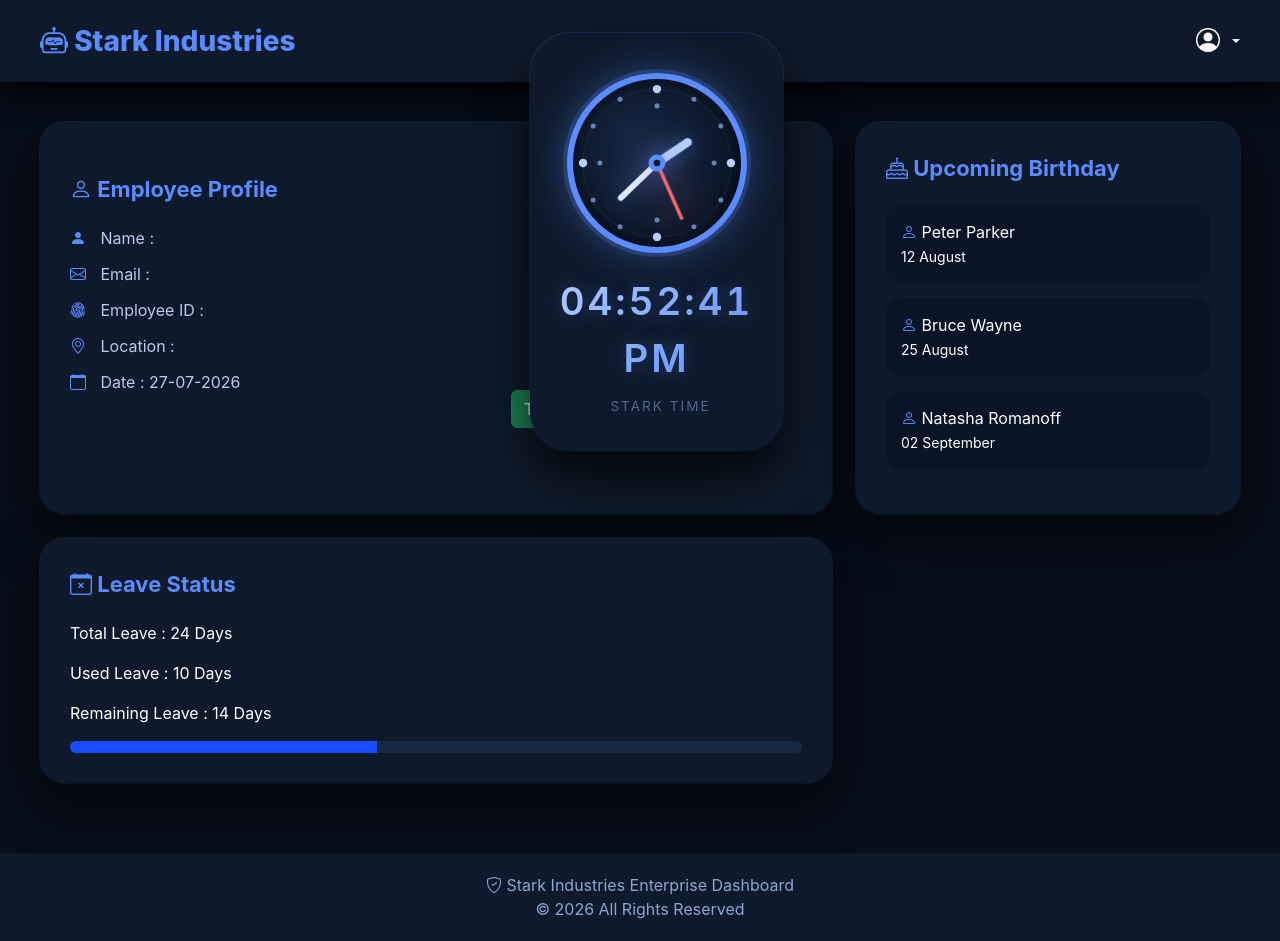
Repository: abhinav050799/office-management-
Page: resources/views/dashboard.blade.php
The author's editor kept a copy of each file at every save. The page is drawn from the files as they stood at one save, then again after the next save.
The browser window is 1280 px wide. The pictures show the whole page.
The page is served by the project's Laravel application, run on PHP 8.4 with Laravel 12. Other server files are loaded and not shown. The template is opened directly, without the code that normally fills it, so the values that code supplies are empty.

Above is the page before, as saved 2026-07-27 17:07:21.

### routes/web.php
<?php

use Illuminate\Support\Facades\Route;
use App\Http\Controllers\UserController;
Route::get('/', function () {
    return view('welcome');
});

Route::controller(UserController::class)->group(function(){
Route::get('/login', 'loginForm')->name('login');
Route::get('/register', 'registerForm')->name('register');
Route::post('/registeruser', 'register')->name('registeruser');
Route::post('/loginUser', 'login')->name('loginUser');
Route::get('/dashboard','dashboard')->name('dashboard');
Route::post('/logout', 'logout')->name('logout');
Route::get('/profile', 'profile')->name('profile');
Route::post('/profileUpdate', 'profileUpdate')->name('profileUpdate');
});

### resources/views/dashboard.blade.php
@include('layout.header')


    <!-- DASHBOARD -->


    <div class="dashboard">


        <div class="row g-4">


            <!-- LEFT USER BOX -->


            <div class="col-lg-8">


                <div class="card-box">


                    <div class="row align-items-center">


                        <!-- USER DETAILS -->

                        <div class="col-md-7">


                            <div class="title">

                                <i class="bi bi-person"></i>
                                Employee Profile

                            </div>


                            <div class="user-detail">


                                <p>
                                    <i class="bi bi-person-fill"></i>
                                    Name : {{ $data->name }}
                                </p>


                                <p>
                                    <i class="bi bi-envelope"></i>
                                    Email : {{ $data->email }}
                                </p>


                                <p>
                                    <i class="bi bi-fingerprint"></i>
                                    Employee ID : {{ $data->account_id }}
                                </p>


                                <p>
                                    <i class="bi bi-geo-alt"></i>
                                    Location : {{ $data->address }}
                                </p>


                                <p>
                                    <i class="bi bi-calendar"></i>
                                    Date : {{ now()->format('d-m-Y') }}
                                </p>


                            </div>


                        </div>



                        <!-- WATCH -->


                        <div class="col-md-5">


                            <div class="watch">

                                <!-- <i class="bi bi-clock"></i> -->

                                 <div class="clock-card">

    <!-- MODERN WATCH FACE (SVG) -->
    <div class="watch" id="watchFace">
      <svg viewBox="0 0 100 100" class="clock-svg" id="clockSvg">
        <!-- HOUR MARKERS (12, 3, 6, 9) -->
        <circle cx="50" cy="50" r="44" fill="none" stroke="rgba(91,140,255,0.08)" stroke-width="1"/>

        <!-- 12 major markers (only 4 are big, rest small) -->
        <g id="markers">
          <!-- will be generated by JS but we can hardcode a few for demo -->
          <circle cx="50" cy="6" r="2.5" class="marker-major"/>
          <circle cx="50" cy="94" r="2.5" class="marker-major"/>
          <circle cx="6" cy="50" r="2.5" class="marker-major"/>
          <circle cx="94" cy="50" r="2.5" class="marker-major"/>

          <!-- minor markers (approx) -->
          <circle cx="50" cy="16" r="1.5" class="marker"/>
          <circle cx="50" cy="84" r="1.5" class="marker"/>
          <circle cx="16" cy="50" r="1.5" class="marker"/>
          <circle cx="84" cy="50" r="1.5" class="marker"/>

          <circle cx="72" cy="12" r="1.5" class="marker"/>
          <circle cx="28" cy="12" r="1.5" class="marker"/>
          <circle cx="72" cy="88" r="1.5" class="marker"/>
          <circle cx="28" cy="88" r="1.5" class="marker"/>

          <circle cx="88" cy="28" r="1.5" class="marker"/>
          <circle cx="88" cy="72" r="1.5" class="marker"/>
          <circle cx="12" cy="28" r="1.5" class="marker"/>
          <circle cx="12" cy="72" r="1.5" class="marker"/>
        </g>

        <!-- HANDS (they rotate around 50,50) -->
        <!-- HOUR hand -->
        <line x1="50" y1="50" x2="50" y2="28" class="hand hour-hand" id="hourHand"/>
        <!-- MINUTE hand -->
        <line x1="50" y1="50" x2="50" y2="20" class="hand minute-hand" id="minuteHand"/>
        <!-- SECOND hand -->
        <line x1="50" y1="50" x2="50" y2="14" class="hand second-hand" id="secondHand"/>

        <!-- center cap -->
        <circle cx="50" cy="50" class="center-dot"/>
        <circle cx="50" cy="50" r="2" fill="#0e1a2b"/> <!-- inner dot for depth -->
      </svg>
    </div>

    <!-- DIGITAL TIME (matches your .time style but upgraded) -->
    <div class="digital-time" id="clock">00:00:00</div>
    <div class="clock-label">
      <i class="fas fa-clock" style="color: #5b8cff; margin-right: 8px;"></i> STARK TIME
    </div>

  </div>
                            </div>


                            <div class="time" id="clock">

                                00:00:00

                            </div>

                            <div class="timeinout">
                                <button class="btn btn-success">Time in</button>
                                <button class="btn btn-danger">Time out </button>
                            </div>


                        </div>


                    </div>


                </div>



            </div>





            <!-- RIGHT BIRTHDAY BOX -->


            <div class="col-lg-4">


                <div class="card-box">


                    <div class="title">

                        <i class="bi bi-cake"></i>

                        Upcoming Birthday

                    </div>



                    <div class="employee">

                        <i class="bi bi-person"></i>

                        Peter Parker

                        <br>

                        <small>

                            12 August

                        </small>

                    </div>



                    <div class="employee">

                        <i class="bi bi-person"></i>

                        Bruce Wayne

                        <br>

                        <small>

                            25 August

                        </small>

                    </div>



                    <div class="employee">

                        <i class="bi bi-person"></i>

                        Natasha Romanoff

                        <br>

                        <small>

                            02 September

                        </small>

                    </div>



                </div>


            </div>




            <!-- LEAVE STATUS -->


            <div class="col-lg-8">


                <div class="card-box">


                    <div class="title">

                        <i class="bi bi-calendar-x"></i>

                        Leave Status

                    </div>


                    <p>
                        Total Leave : 24 Days
                    </p>


                    <p>
                        Used Leave : 10 Days
                    </p>


                    <p>
                        Remaining Leave : 14 Days
                    </p>



                    <div class="progress">

                        <div class="progress-bar" style="width:42%">

                        </div>

                    </div>


                </div>


            </div>





        </div>


    </div>




@include('layout.footer')





    <script>


        function clock() {

            let date = new Date();

            // let time = date.toLocaleTimeString();
  let time = date.toLocaleTimeString('en-IN', {
        hour: '2-digit',
        minute: '2-digit',
        second: '2-digit',
        hour12: true
    });

            document.getElementById("clock").innerHTML = time;


        }


        setInterval(clock, 1000);


        clock();


    </script>

    <script>
    (function() {
      "use strict";

      // DOM refs
      const hourHand = document.getElementById('hourHand');
      const minuteHand = document.getElementById('minuteHand');
      const secondHand = document.getElementById('secondHand');
      const digitalClock = document.getElementById('clock');

      // ─── CLOCK UPDATE ───
      function updateClock() {
        const now = new Date();
        let hours = now.getHours();
        const minutes = now.getMinutes();
        const seconds = now.getSeconds();

        // 12-hour format for display (optional, but we keep 24h for digital)
        const ampm = hours >= 12 ? 'PM' : 'AM';
        const displayHours = hours % 12 || 12;
        const pad = (n) => String(n).padStart(2, '0');

        // Digital time (with AM/PM)
        digitalClock.textContent =
          `${pad(displayHours)}:${pad(minutes)}:${pad(seconds)} ${ampm}`;

        // ── SVG hand angles (in degrees) ──
        // second hand: 360° / 60 = 6° per second
        const secDeg = seconds * 6;
        // minute hand: 360° / 60 = 6° per minute + slight movement from seconds
        const minDeg = minutes * 6 + seconds * 0.1;
        // hour hand: 360° / 12 = 30° per hour + movement from minutes
        const hourDeg = (hours % 12) * 30 + minutes * 0.5;

        // apply rotation (SVG uses transform="rotate(deg, cx, cy)")
        // our hands are drawn from (50,50) to (50, y2) so we rotate around 50,50
        hourHand.setAttribute('transform', `rotate(${hourDeg}, 50, 50)`);
        minuteHand.setAttribute('transform', `rotate(${minDeg}, 50, 50)`);
        secondHand.setAttribute('transform', `rotate(${secDeg}, 50, 50)`);
      }

      // ─── RUN & SYNC ───
      updateClock();
      // update every second (1000 ms)
      setInterval(updateClock, 1000);

      // (optional) smooth second hand: we could use requestAnimationFrame,
      // but setInterval is fine for this demo.

      // ─── FORCE REDRAW ON VISIBILITY CHANGE (optional) ───
      document.addEventListener('visibilitychange', () => {
        if (!document.hidden) updateClock();
      });

    })();
  </script>

  <style>
       /* ─── CARD (exactly like your .watch container) ─── */
    .clock-card {
      background: #0e1a2b;
      border-radius: 40px;
      padding: 40px 30px 35px;
      box-shadow: 0 25px 50px rgba(0, 0, 0, 0.8), 0 0 0 1px rgba(91, 140, 255, 0.2);
      text-align: center;
      width: 340px;
      transition: all 0.2s ease;
    }

    /* ─── MODERN WATCH FACE ─── */
    .watch {
      width: 180px;
      height: 180px;
      margin: 0 auto 20px;
      border-radius: 50%;
      background: radial-gradient(circle at 30% 30%, #14243e, #091426);
      border: 6px solid #5b8cff;
      box-shadow:
        0 0 0 4px rgba(91, 140, 255, 0.2),
        0 0 40px rgba(91, 140, 255, 0.4),
        inset 0 0 30px rgba(0, 0, 0, 0.7);
      display: flex;
      justify-content: center;
      align-items: center;
      position: relative;
      transition: box-shadow 0.3s;
    }

    /* subtle glow on hover */
    .watch:hover {
      box-shadow:
        0 0 0 6px rgba(91, 140, 255, 0.25),
        0 0 60px rgba(91, 140, 255, 0.6),
        inset 0 0 30px rgba(0, 0, 0, 0.7);
    }

    /* ─── CLOCK HANDS (SVG) ─── */
    .clock-svg {
      width: 100%;
      height: 100%;
      transform: rotate(-90deg);   /* 12 o'clock = top */
    }

    /* hands – all start at 12 o'clock */
    .hand {
      stroke-linecap: round;
      transition: transform 0.05s linear;  /* smooth tick */
    }

    .hour-hand {
      stroke: #b8d0ff;
      stroke-width: 5;
      filter: drop-shadow(0 0 6px rgba(91, 140, 255, 0.5));
    }

    .minute-hand {
      stroke: #e0ecff;
      stroke-width: 3.5;
      filter: drop-shadow(0 0 8px rgba(91, 140, 255, 0.6));
    }

    .second-hand {
      stroke: #ff6b6b;
      stroke-width: 2;
      filter: drop-shadow(0 0 12px #ff6b6b);
    }

    /* center dot */
    .center-dot {
      fill: #5b8cff;
      r: 5;
      filter: drop-shadow(0 0 10px #5b8cff);
    }

    /* hour markers (tiny dots) */
    .marker {
      fill: #8aafe6;
      opacity: 0.7;
    }
    .marker-major {
      fill: #b8d0ff;
      opacity: 1;
    }

    /* ─── DIGITAL TIME (below watch) ─── */
    .digital-time {
      font-size: 2.4rem;
      font-weight: 600;
      letter-spacing: 3px;
      background: linear-gradient(135deg, #b8d0ff, #5b8cff);
      -webkit-background-clip: text;
      -webkit-text-fill-color: transparent;
      background-clip: text;
      text-shadow: 0 0 20px rgba(91, 140, 255, 0.3);
      margin-top: 6px;
      font-variant-numeric: tabular-nums;
    }

    /* small date / label */
    .clock-label {
      color: #6d89b8;
      font-size: 0.85rem;
      letter-spacing: 2px;
      text-transform: uppercase;
      margin-top: 8px;
      opacity: 0.7;
    }

    /* ─── RESPONSIVE TWEAK ─── */
    @media (max-width: 480px) {
      .clock-card {
        width: 290px;
        padding: 30px 20px 25px;
      }
      .watch {
        width: 150px;
        height: 150px;
      }
      .digital-time {
        font-size: 2rem;
      }
    }
  </style>
<script src="https://cdn.jsdelivr.net/npm/bootstrap@5.3.2/dist/js/bootstrap.bundle.min.js"></script>


</body>

</html>

### resources/views/layout/footer.blade.php
    <!-- FOOTER -->


    <footer class="footer">


        <i class="bi bi-shield-check"></i>

        Stark Industries Enterprise Dashboard

        <br>

        © 2026 All Rights Reserved


    </footer>

Loaded but not shown: resources/views/layout/header.blade.php (303 lines, source omitted)

After the next save:
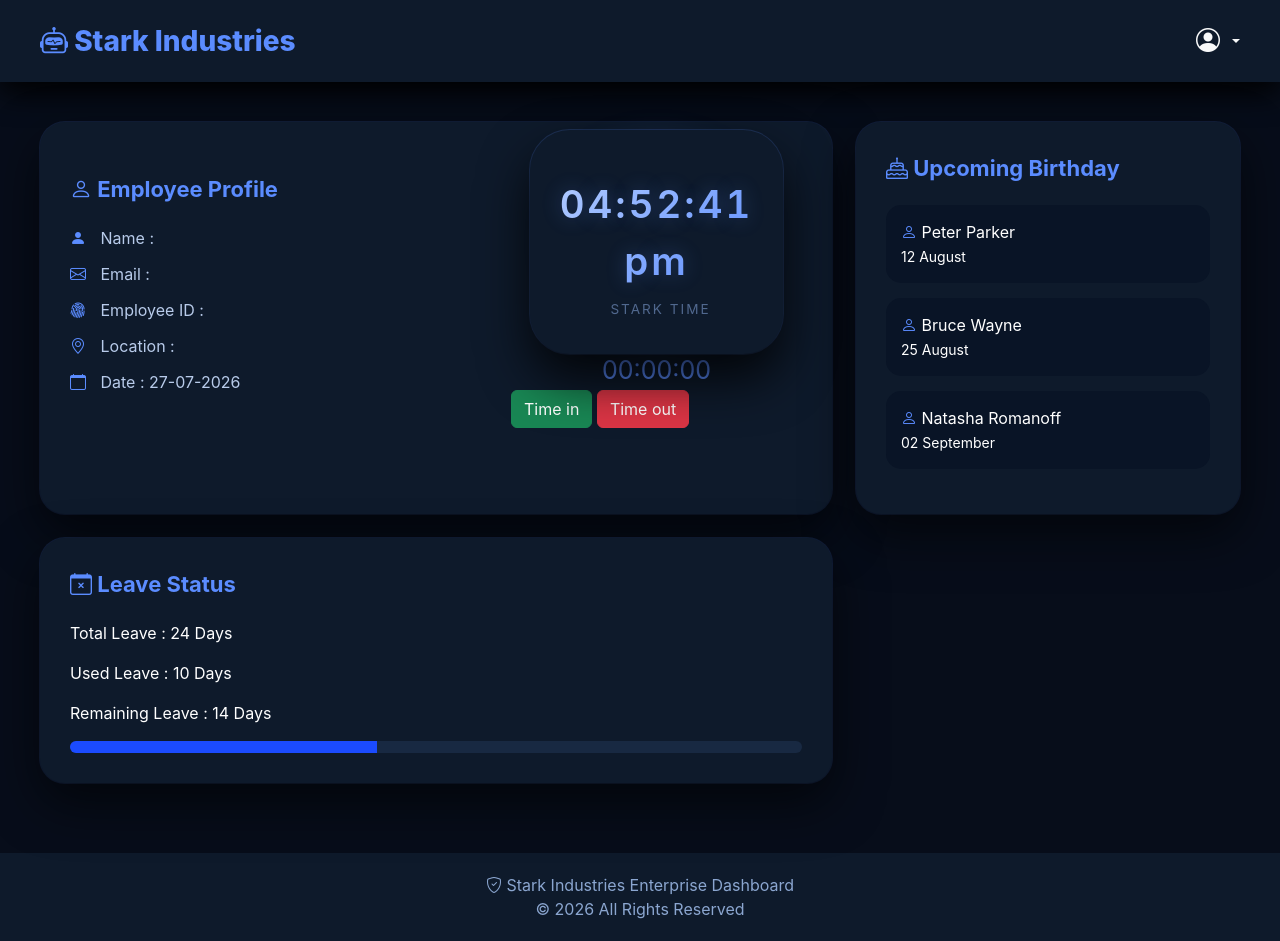
Console error: TypeError: Cannot read properties of null (reading 'setAttribute')
Saved 49 s later.
--- a/resources/views/dashboard.blade.php
+++ b/resources/views/dashboard.blade.php
@@ -88,49 +88,7 @@
                                  <div class="clock-card">
 
     <!-- MODERN WATCH FACE (SVG) -->
-    <div class="watch" id="watchFace">
-      <svg viewBox="0 0 100 100" class="clock-svg" id="clockSvg">
-        <!-- HOUR MARKERS (12, 3, 6, 9) -->
-        <circle cx="50" cy="50" r="44" fill="none" stroke="rgba(91,140,255,0.08)" stroke-width="1"/>
-
-        <!-- 12 major markers (only 4 are big, rest small) -->
-        <g id="markers">
-          <!-- will be generated by JS but we can hardcode a few for demo -->
-          <circle cx="50" cy="6" r="2.5" class="marker-major"/>
-          <circle cx="50" cy="94" r="2.5" class="marker-major"/>
-          <circle cx="6" cy="50" r="2.5" class="marker-major"/>
-          <circle cx="94" cy="50" r="2.5" class="marker-major"/>
-
-          <!-- minor markers (approx) -->
-          <circle cx="50" cy="16" r="1.5" class="marker"/>
-          <circle cx="50" cy="84" r="1.5" class="marker"/>
-          <circle cx="16" cy="50" r="1.5" class="marker"/>
-          <circle cx="84" cy="50" r="1.5" class="marker"/>
-
-          <circle cx="72" cy="12" r="1.5" class="marker"/>
-          <circle cx="28" cy="12" r="1.5" class="marker"/>
-          <circle cx="72" cy="88" r="1.5" class="marker"/>
-          <circle cx="28" cy="88" r="1.5" class="marker"/>
-
-          <circle cx="88" cy="28" r="1.5" class="marker"/>
-          <circle cx="88" cy="72" r="1.5" class="marker"/>
-          <circle cx="12" cy="28" r="1.5" class="marker"/>
-          <circle cx="12" cy="72" r="1.5" class="marker"/>
-        </g>
-
-        <!-- HANDS (they rotate around 50,50) -->
-        <!-- HOUR hand -->
-        <line x1="50" y1="50" x2="50" y2="28" class="hand hour-hand" id="hourHand"/>
-        <!-- MINUTE hand -->
-        <line x1="50" y1="50" x2="50" y2="20" class="hand minute-hand" id="minuteHand"/>
-        <!-- SECOND hand -->
-        <line x1="50" y1="50" x2="50" y2="14" class="hand second-hand" id="secondHand"/>
-
-        <!-- center cap -->
-        <circle cx="50" cy="50" class="center-dot"/>
-        <circle cx="50" cy="50" r="2" fill="#0e1a2b"/> <!-- inner dot for depth -->
-      </svg>
-    </div>
+
 
     <!-- DIGITAL TIME (matches your .time style but upgraded) -->
     <div class="digital-time" id="clock">00:00:00</div>

After the save that followed:
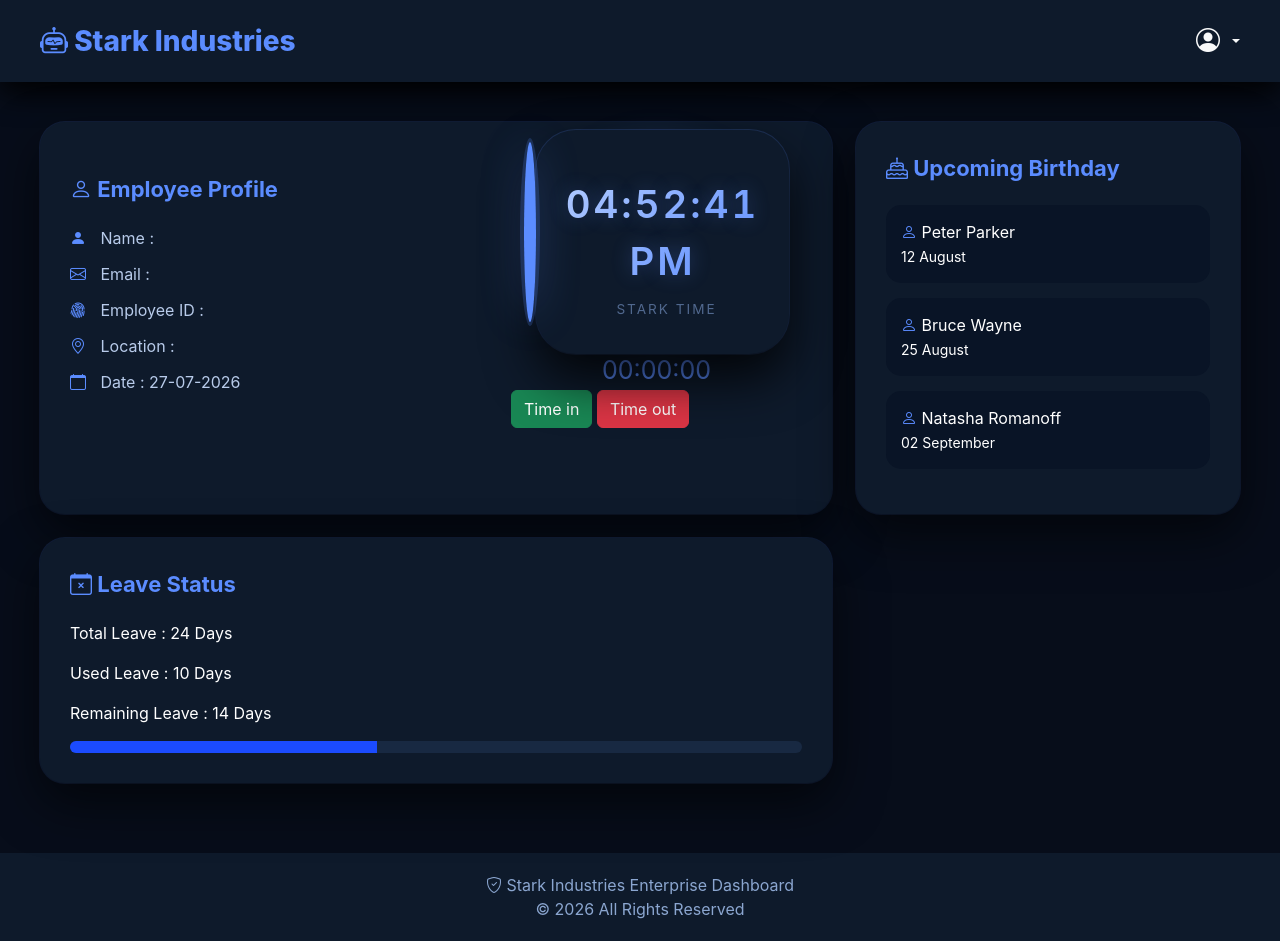
The error is gone.
Saved 5 s later.
--- a/resources/views/dashboard.blade.php
+++ b/resources/views/dashboard.blade.php
@@ -84,6 +84,50 @@
                             <div class="watch">
 
                                 <!-- <i class="bi bi-clock"></i> -->
+
+                                <div class="watch" id="watchFace">
+      <svg viewBox="0 0 100 100" class="clock-svg" id="clockSvg">
+        <!-- HOUR MARKERS (12, 3, 6, 9) -->
+        <circle cx="50" cy="50" r="44" fill="none" stroke="rgba(91,140,255,0.08)" stroke-width="1"/>
+
+        <!-- 12 major markers (only 4 are big, rest small) -->
+        <g id="markers">
+          <!-- will be generated by JS but we can hardcode a few for demo -->
+          <circle cx="50" cy="6" r="2.5" class="marker-major"/>
+          <circle cx="50" cy="94" r="2.5" class="marker-major"/>
+          <circle cx="6" cy="50" r="2.5" class="marker-major"/>
+          <circle cx="94" cy="50" r="2.5" class="marker-major"/>
+
+          <!-- minor markers (approx) -->
+          <circle cx="50" cy="16" r="1.5" class="marker"/>
+          <circle cx="50" cy="84" r="1.5" class="marker"/>
+          <circle cx="16" cy="50" r="1.5" class="marker"/>
+          <circle cx="84" cy="50" r="1.5" class="marker"/>
+
+          <circle cx="72" cy="12" r="1.5" class="marker"/>
+          <circle cx="28" cy="12" r="1.5" class="marker"/>
+          <circle cx="72" cy="88" r="1.5" class="marker"/>
+          <circle cx="28" cy="88" r="1.5" class="marker"/>
+
+          <circle cx="88" cy="28" r="1.5" class="marker"/>
+          <circle cx="88" cy="72" r="1.5" class="marker"/>
+          <circle cx="12" cy="28" r="1.5" class="marker"/>
+          <circle cx="12" cy="72" r="1.5" class="marker"/>
+        </g>
+
+        <!-- HANDS (they rotate around 50,50) -->
+        <!-- HOUR hand -->
+        <line x1="50" y1="50" x2="50" y2="28" class="hand hour-hand" id="hourHand"/>
+        <!-- MINUTE hand -->
+        <line x1="50" y1="50" x2="50" y2="20" class="hand minute-hand" id="minuteHand"/>
+        <!-- SECOND hand -->
+        <line x1="50" y1="50" x2="50" y2="14" class="hand second-hand" id="secondHand"/>
+
+        <!-- center cap -->
+        <circle cx="50" cy="50" class="center-dot"/>
+        <circle cx="50" cy="50" r="2" fill="#0e1a2b"/> <!-- inner dot for depth -->
+      </svg>
+    </div>
 
                                  <div class="clock-card">
 
